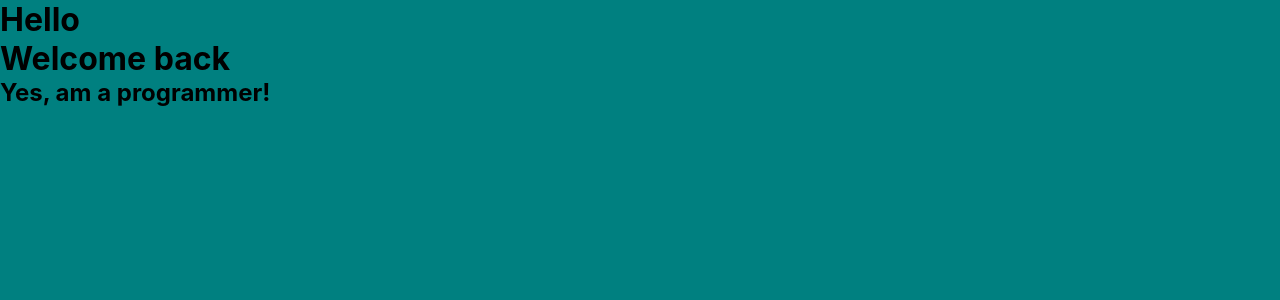
Repository: Exdevo/React
Page: /
An editor plug-in stored every save of this project. The page is shown before and after the next save, followed by the edit.
The browser window is 1280 px wide. The pictures show the whole page.
The project was rebuilt for these pictures with package versions that can differ from the ones it lists, and the page was loaded fresh each time. Also part of the build but not shown: src/ItemDescription.js, src/Product.js.

Above is the page before, as saved 2023-02-12 13:38:05.

After the next save:
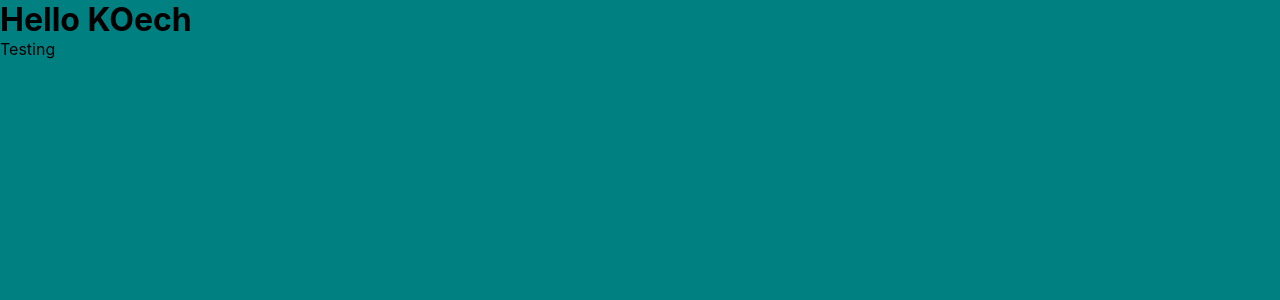
Saved 4 s later.
--- a/src/App.js
+++ b/src/App.js
@@ -3,7 +3,7 @@ import Product from './Product';
 
 function App() {
 
-  const name= "";
+  const name= "KOech";
   let isProgrammer= true;
 
 
